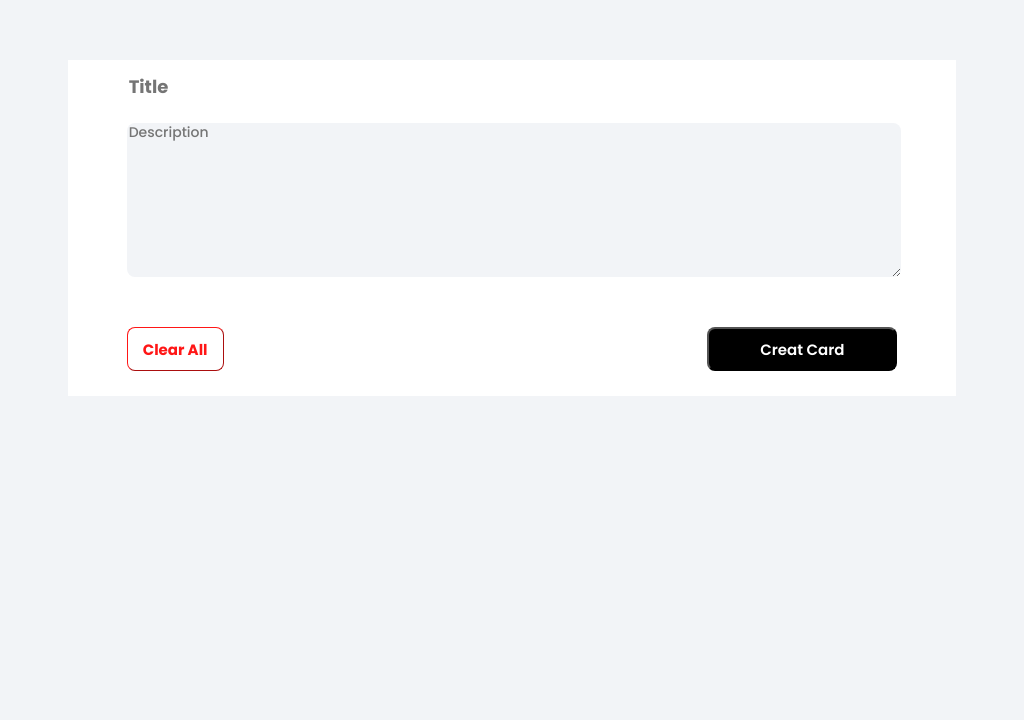
Repository: ReyhanehRahmani/TO-DO
Page: index.html
The author's editor kept a copy of each file at every save. The page is drawn from the files as they stood at one save, then again after the next save.
The browser window is 1024 px wide. The pictures show the whole page.
Some web fonts or font styles are not loaded; a fallback is used.

Above is the page before, as saved 2025-06-08 14:13:28.

After the next save:
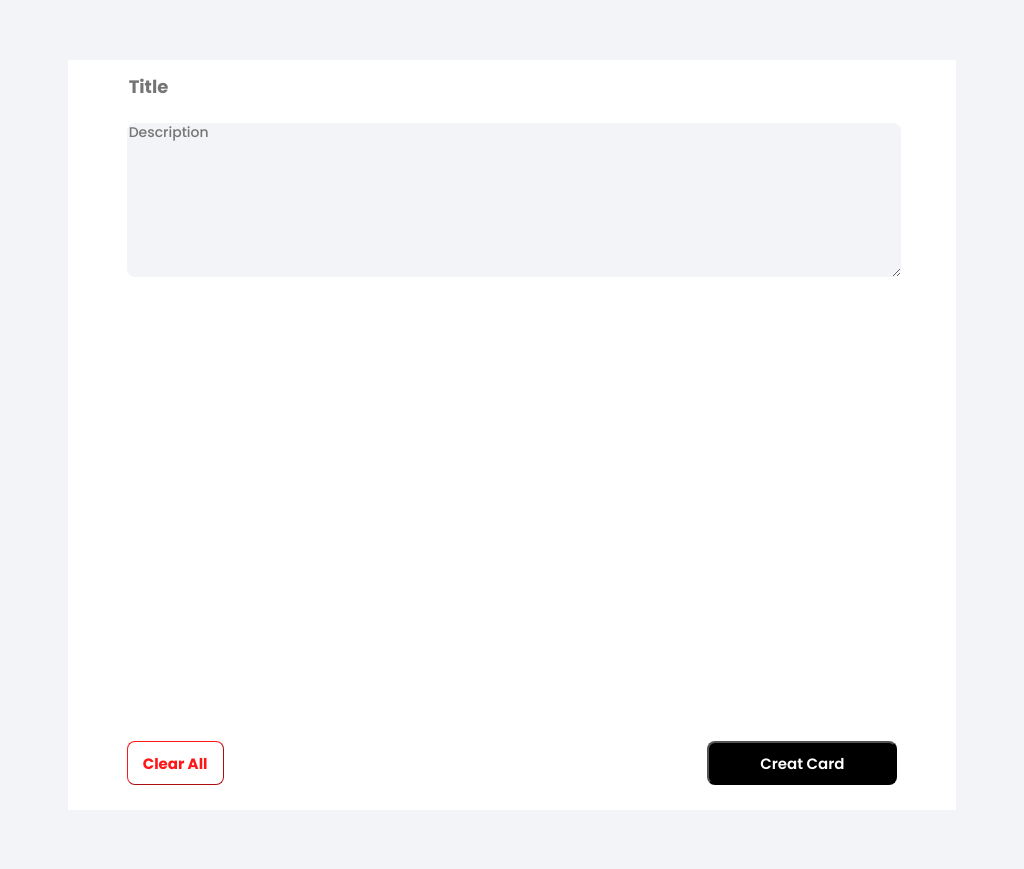
Saved 4 s later.
--- a/style.css
+++ b/style.css
@@ -51,7 +51,7 @@ body{
     display: flex;
     flex-direction: column;
     justify-content: space-between;
-    gap: 46px;
+    gap: 460px;
 }
 
 #buttons{
